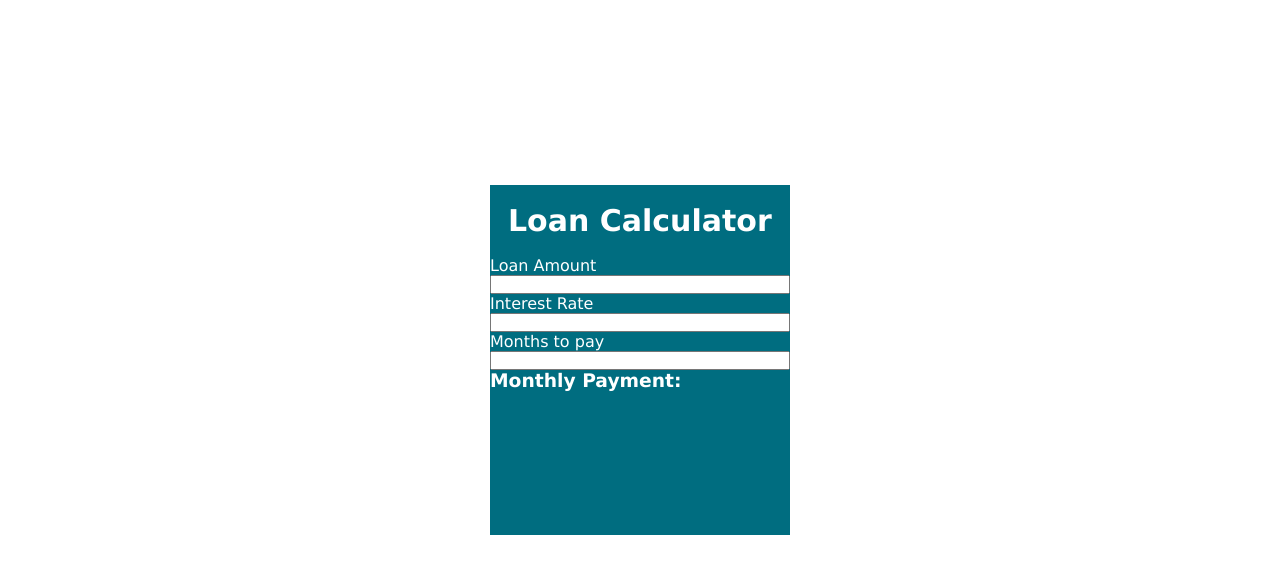
Repository: Ankitkr2021/Loan-Calculator
Page: index.html
An editor plug-in stored every save of this project. The page is shown before and after the next save, followed by the edit.
The browser window is 1280 px wide. The pictures show the whole page.

Above is the page before, as saved 2025-10-28 08:52:03.

### index.html
<!DOCTYPE html>
<html lang="en">
<head>
    <meta charset="UTF-8">
    <meta name="viewport" content="width=device-width, initial-scale=1.0">
    <title>Loan Calculator</title>
    <link rel="stylesheet" href="./style.css">
</head>
<body>
    <div class="box">
        <h1>Loan Calculator</h1>
        <span>Loan Amount</span>
        <input type="number">
        <span>Interest Rate</span>
        <input type="number">
        <span>Months to pay</span>
        <input type="number">
        <h3>Monthly Payment:<span></span></h3>
    </div>
</body>
</html>

### style.css
*{
    margin: 0;
    padding: 0;
    box-sizing: border-box;
    font-family:'Lucida Sans', 'Lucida Sans Regular', 'Lucida Grande', 'Lucida Sans Unicode', Geneva, Verdana, sans-serif;
}

body{
    display: flex;
    align-items: center;
    justify-content: center;
    height: 100vh;
    width: 100%;
}

.box{
    display: flex;
    flex-direction: column;
    background: rgb(0, 109, 128);
    color: #fff;
    height: 350px;
    width: 300px;
}

h1{
    padding: 18px;
    font-size: 30px;
}

After the next save:
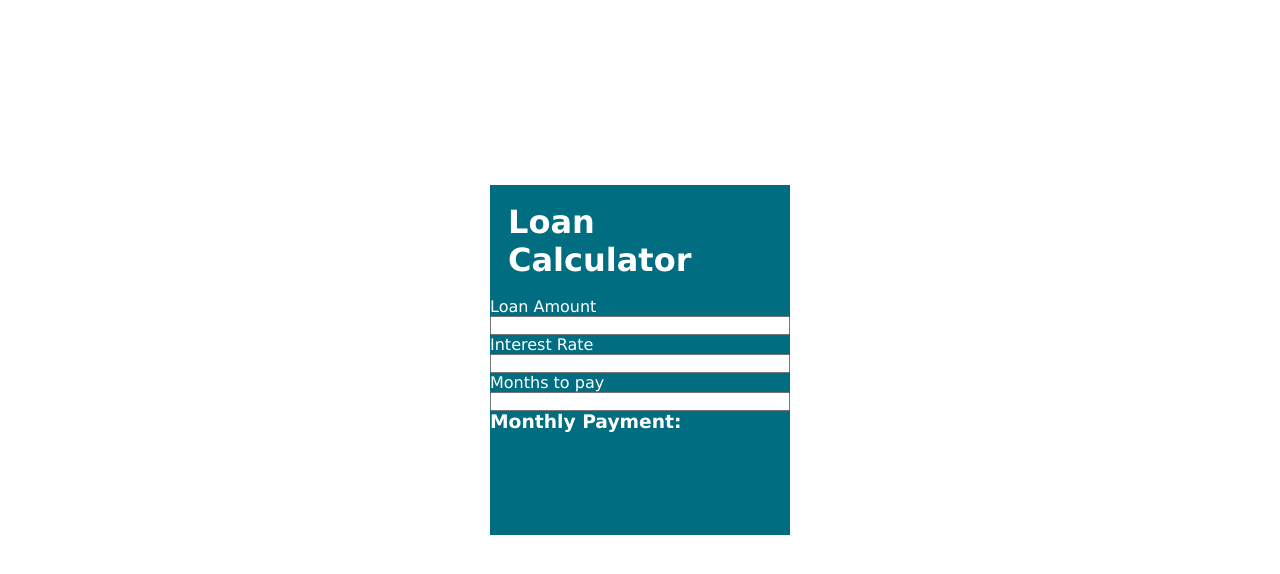
Saved 4 s later.
--- a/style.css
+++ b/style.css
@@ -24,5 +24,5 @@
 
 h1{
     padding: 18px;
-    font-size: 30px;
+    /* font-size: 30px; */
 }
